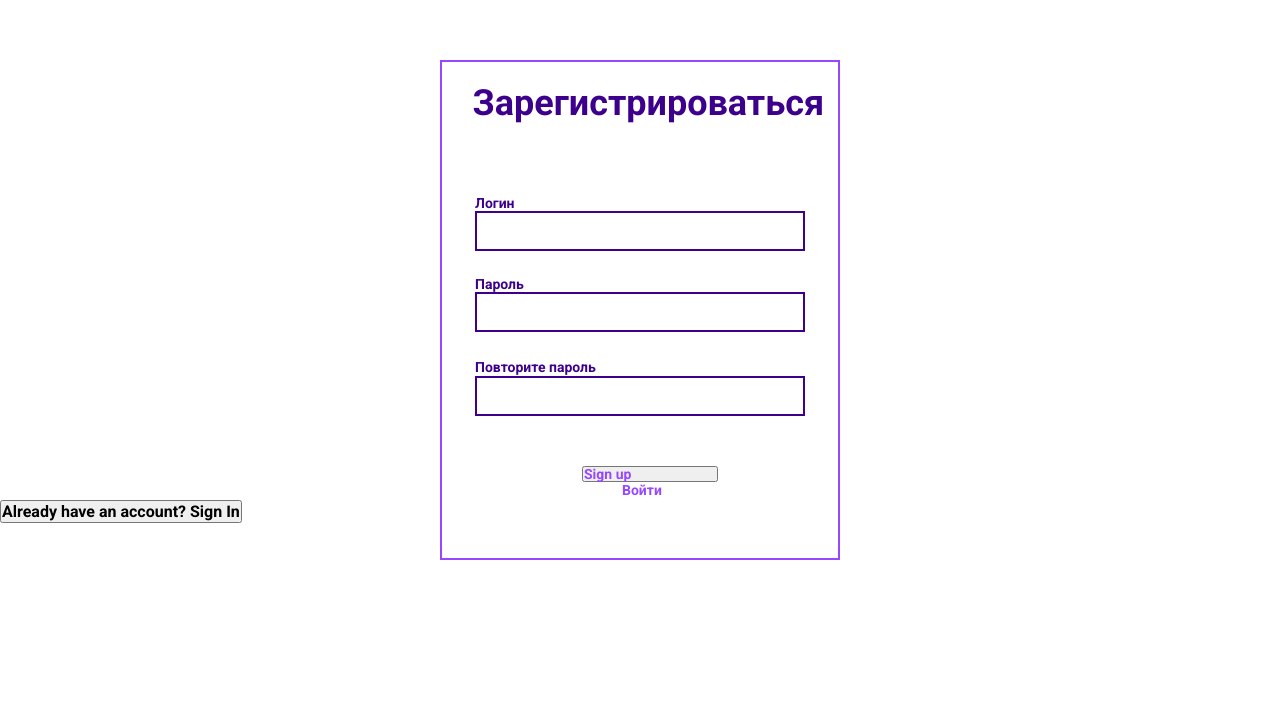
Repository: TimurZinatulin/Web_Shishki_1
Page: /edit
The author's editor kept a copy of each file at every save. The page is drawn from the files as they stood at one save, then again after the next save.
The browser window is 1280 px wide. The pictures show the whole page.
The project was rebuilt for these pictures with package versions that can differ from the ones it lists, and the page was loaded fresh each time. Also part of the build but not shown: vite.config.js, vue.config.js, src/views/LoginView.vue, src/components/HelloWorld.vue, src/views/HomeView.vue, src/views/EditView.vue, src/views/FavoriteView.vue, src/views/MyProjectsView.vue and 2 more.

Above is the page before, as saved 2023-06-10 19:05:28.
Console error: TypeError: Cannot read properties of null (reading 'user')

After the next save:
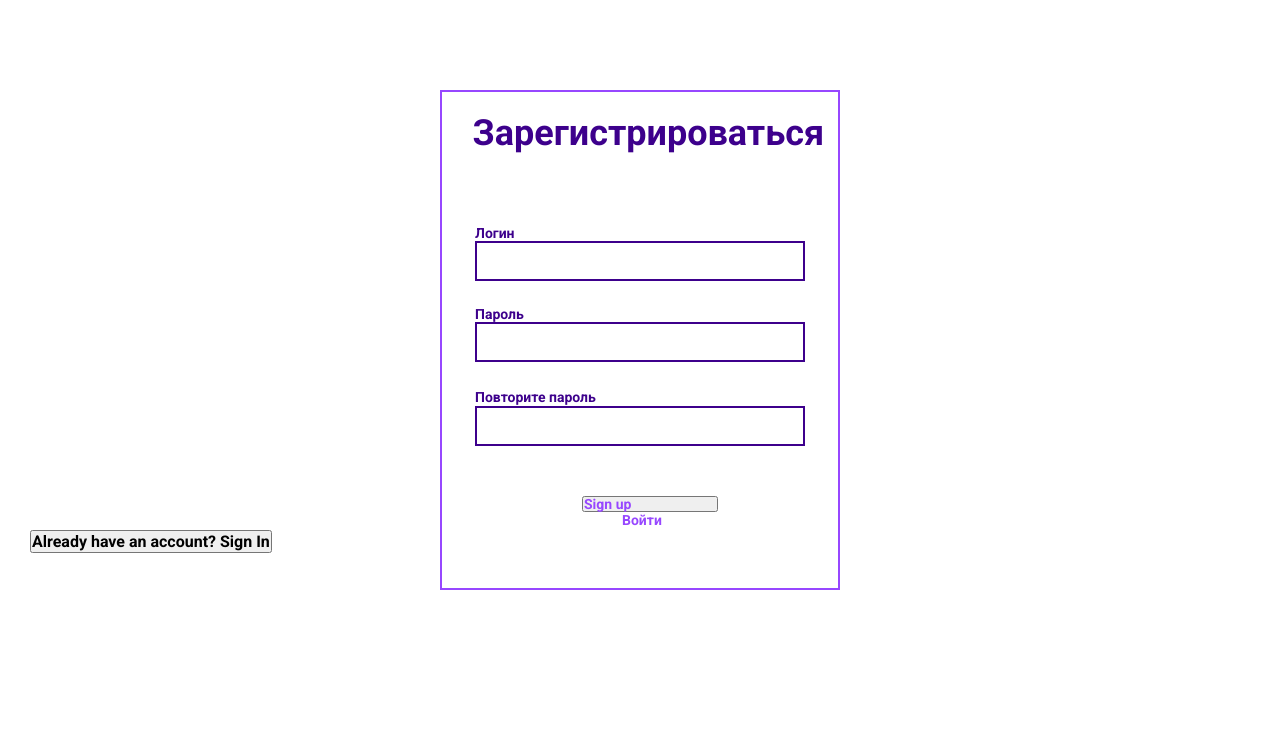
Saved 2 min 6 s later.
--- a/src/views/MainView.vue
+++ b/src/views/MainView.vue
@@ -107,5 +107,38 @@
 </script>
 
 <style>
+html,body {
+  font-family: 'Encode Sans Expanded', sans-serif;
+  height: 100%;
+  margin: 15px;
+}
 
+*, ::after, ::before {
+    box-sizing: border-box;
+}
+
+.collapse {
+  display: block;
+  max-height: 0px;
+  overflow: hidden;
+  transition: max-height .5s cubic-bezier(0, 1, 0, 1);;
+
+  &.show {
+    max-height: 99em;
+    transition: max-height .5s ease-in-out;
+  }
+}
+
+.block {
+  margin-top: 10px;
+  background: #f5f5f5;
+  padding: 0;
+  // height: 250px;
+
+  &__content {
+    border: 1px solid #ccc;
+    padding: 1.5em;
+    height: 100%;
+  }
+}
 </style>

After the 4 saves that followed:
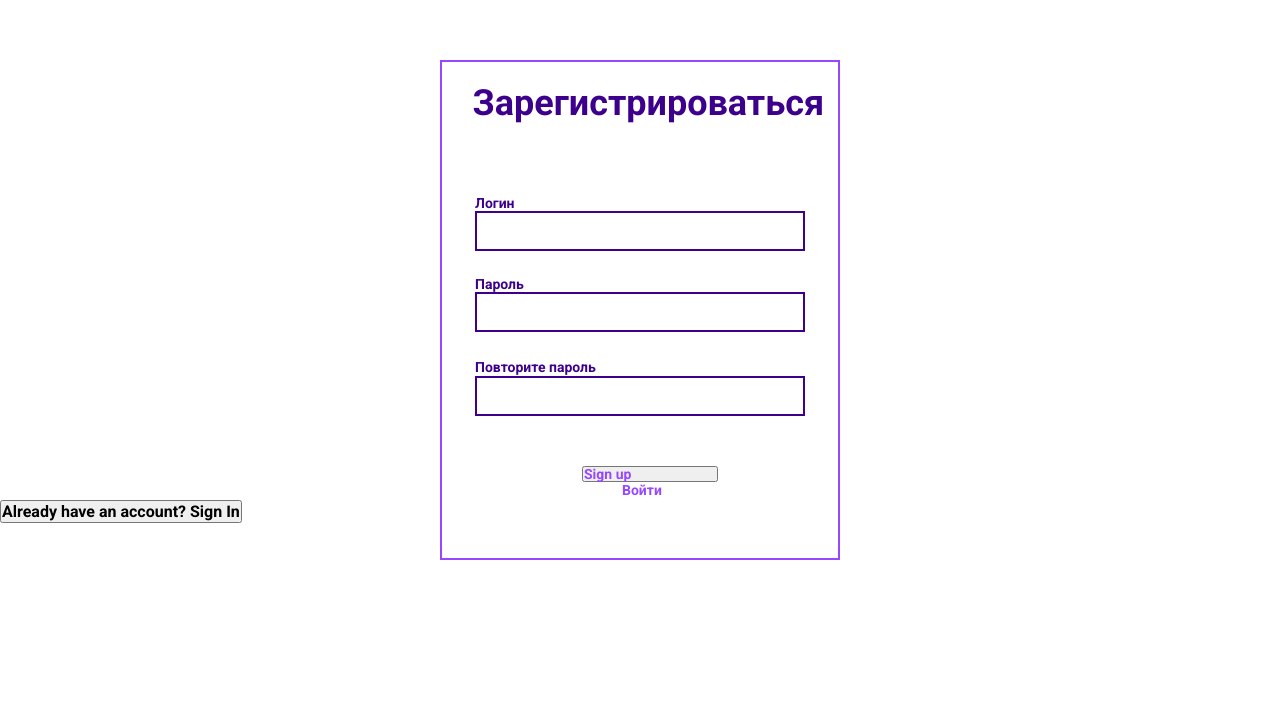
The 4 saves are shown as one change because 3 left the picture as it was.
The last was saved 4 min 17 s later.
--- a/src/views/MainView.vue
+++ b/src/views/MainView.vue
@@ -106,16 +106,7 @@
 
 </script>
 
-<style>
-html,body {
-  font-family: 'Encode Sans Expanded', sans-serif;
-  height: 100%;
-  margin: 15px;
-}
-
-*, ::after, ::before {
-    box-sizing: border-box;
-}
+<style lang="scss">
 
 .collapse {
   display: block;
